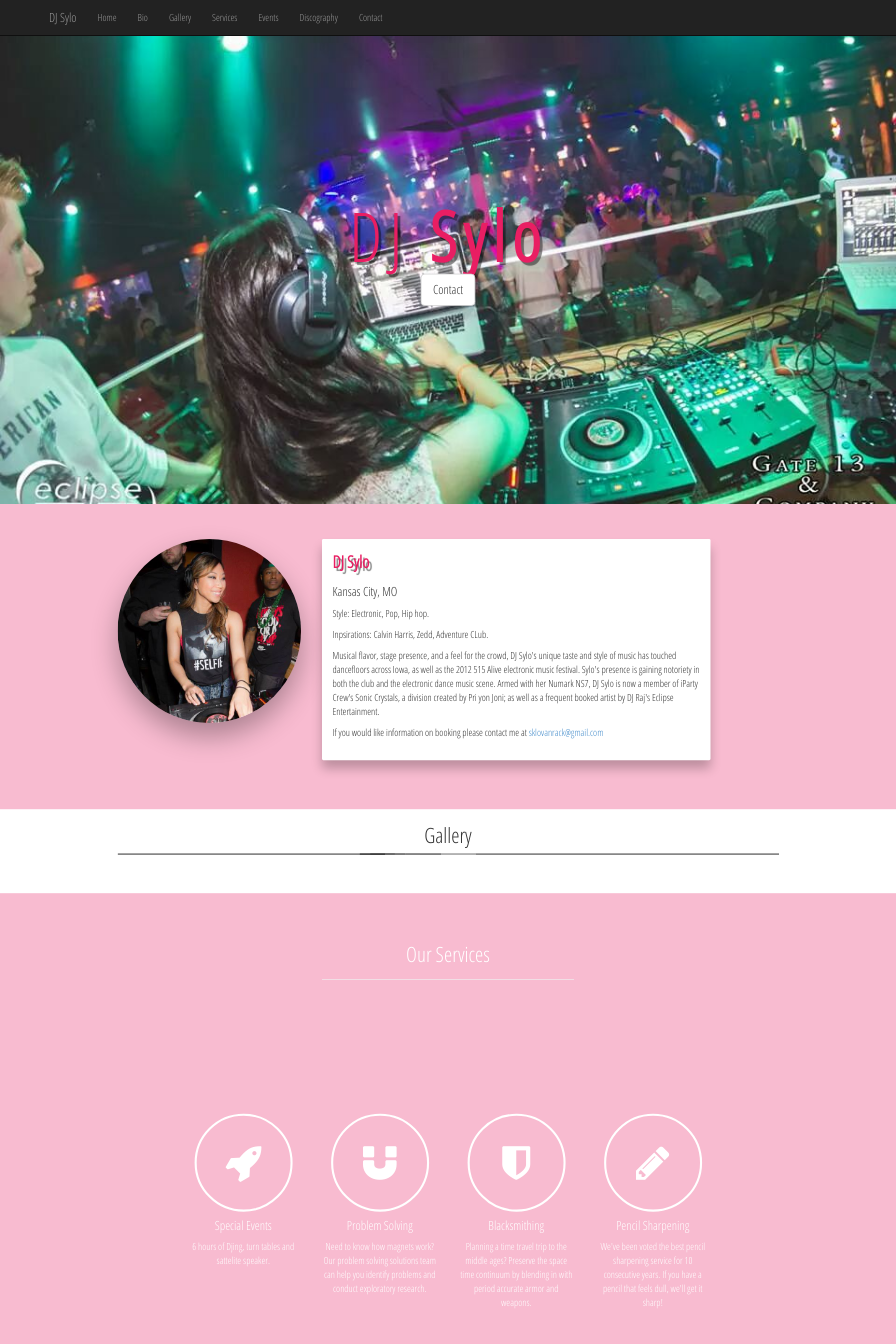
Repository: BambooXLotus/DjSylo
Page: client/index.html
The author's editor kept a record of every edit. The page is drawn from the files as they stood at one moment, then again after the next edit.
The browser window is 1280 px wide. The pictures show the part of the page from y = 0 to 1920 px (the page is 4340 px tall), at 70% of full size.
Pictures or frames that could not be fetched are drawn as grey boxes. Some icons come from a web library that is not loaded, so they are not drawn. Backgrounds fixed to the window are drawn as part of the page. Some web libraries are served in a nearby version.

Above is the page before.

### client/index.html
<!DOCTYPE html>
<html lang="en">

<head>
    <meta charset="utf-8">
    <meta name="viewport" content="width=device-width, initial-scale=1.0">
    <meta name="description" content="">
    <meta name="author" content="">
    <title>DJ Sylo</title>
    <!-- Bootstrap core CSS
        -->
    <link href="css/bootstrap.css" rel="stylesheet">
    <!-- Add custom CSS here -->
    <link href="css/stylish-portfolio.css" rel="stylesheet">
    <link href="//maxcdn.bootstrapcdn.com/font-awesome/4.1.0/css/font-awesome.min.css" rel="stylesheet">
    <link href="css/nanogallery.min.css" rel="stylesheet" type="text/css">
</head>

<body>
    <!-- Side Menu -->
    <nav class="navbar navbar-fixed-top navbar-inverse" role="navigation">
        <div class="container">
            <div class="navbar-header">
                <button type="button" class="navbar-toggle" data-toggle="collapse" data-target=".navbar-ex1-collapse">
                    <span class="sr-only">Toggle navigation</span>
                    <span class="icon-bar"></span>
                    <span class="icon-bar"></span>
                    <span class="icon-bar"></span>
                </button>
                <a class="navbar-brand" href="#top">DJ Sylo</a>
            </div>
            <!-- Collect the nav links, forms, and other content for toggling -->
            <div class="collapse navbar-collapse navbar-ex1-collapse">
                <ul class="nav navbar-nav">
                    <li>
                        <a href="#top">Home</a>
                    </li>
                    <li>
                        <a href="#about">Bio</a>
                    </li>
                    <li>
                        <a href="#gallery">Gallery</a>
                    </li>
                    <li>
                        <a href="#services">Services</a>
                    </li>
                    <li>
                        <a href="#portfolio">Events</a>
                    </li>
                    <li>
                        <a href="#portfolio">Discography</a>
                    </li>
                    <li>
                        <a href="#contact">Contact</a>
                    </li>
                </ul>
            </div>
            <!-- /.navbar-collapse -->
        </div>
        <!-- /.container -->
    </nav>
    <!-- /Side Menu -->
    <!-- Full Page Image Header Area -->
    <div id="top" class="header">
        <div class="vert-text">
            <div class="hero">
                <h1>DJ <b>Sylo</b></h1>
                <a href="#contact" class="btn btn-lg btn-default">Contact</a>
            </div>
        </div>
    </div>
    <!-- /Full Page Image Header Area -->
    <!-- Intro -->
    <div id="about" class="about">
        <div class="container">
            <div class="row">
                <div class="col-md-3 col-md-offset-1">
                    <img class="img-circle img-responsive circle-shadow" src="img/portrait-sm.jpg">
                </div>
                <div class="col-md-6 col-xs-12">
                    <div class="panel panel-default dialog">
                        <div class="panel-heading">
                            <h3>DJ Sylo</h3>
                        </div>
                        <div class="panel-body">
                            <h4>Kansas City, MO</h4>
                            <p>Style: Electronic, Pop, Hip hop.</p>
                            <p>Inpsirations: Calvin Harris, Zedd, Adventure CLub.</p>
                            <p>Musical flavor, stage presence, and a feel for the crowd, DJ Sylo's unique taste and style of music has touched dancefloors across Iowa, as well as the 2012 515 Alive electronic music festival. Sylo's presence is gaining notoriety
                                in both the club and the electronic dance music scene. Armed with her Numark NS7, DJ Sylo is now a member of iParty Crew's Sonic Crystals, a division created by Pri yon Joni; as well as a frequent booked artist by DJ Raj's
                                Eclipse Entertainment.</p>
                            <p>If you would like information on booking please contact me at <a href="sklovanrack@gmail.com">sklovanrack@gmail.com</a>
                            </p>
                        </div>
                    </div>
                </div>
            </div>
        </div>
    </div>
    <!-- /Intro -->
    <!-- Gallery -->
    <div id="gallery" class="gallery">
        <div class="container">
            <div class="row">
                <div class="col-md-6 col-md-offset-3 text-center">
                    <h2>Gallery</h2>
                </div>
            </div>
            <div class="row">
                <div class="col-md-10 col-md-offset-1 col-xs-12 text-center">
                    <div id="nanoGallery2"></div>
                </div>
            </div>
        </div>
    </div>
    <!-- /Gallery -->
    <!-- Services -->
    <div id="services" class="services">
        <div class="container">
            <div class="row">
                <div class="col-md-4 col-md-offset-4 text-center">
                    <h2>Our Services</h2>
                    <hr>
                </div>
            </div>
            <div class="row">
                <div class="col-md-offset-3 col-md-6">
                    <iframe width="100%" height="166" scrolling="no" frameborder="no" src="https://w.soundcloud.com/player/?url=https%3A//api.soundcloud.com/tracks/160960689&amp;color=ff5500&amp;auto_play=false&amp;hide_related=false&amp;show_comments=true&amp;show_user=true&amp;show_reposts=false"></iframe>
                </div>
            </div>
            <div class="row">
                <div class="col-md-2 col-md-offset-2 text-center">
                    <div class="service-item">
                        <i class="service-icon fa fa-rocket"></i>
                        <h4>Special Events</h4>
                        <p>6 hours of Djing, turn tables and sattelite speaker.</p>
                    </div>
                </div>
                <div class="col-md-2 text-center">
                    <div class="service-item">
                        <i class="service-icon fa fa-magnet"></i>
                        <h4>Problem Solving</h4>
                        <p>Need to know how magnets work? Our problem solving solutions team can help you identify problems and conduct exploratory research.</p>
                    </div>
                </div>
                <div class="col-md-2 text-center">
                    <div class="service-item">
                        <i class="service-icon fa fa-shield"></i>
                        <h4>Blacksmithing</h4>
                        <p>Planning a time travel trip to the middle ages? Preserve the space time continuum by blending in with period accurate armor and weapons.</p>
                    </div>
                </div>
                <div class="col-md-2 text-center">
                    <div class="service-item">
                        <i class="service-icon fa fa-pencil"></i>
                        <h4>Pencil Sharpening</h4>
                        <p>We've been voted the best pencil sharpening service for 10 consecutive years. If you have a pencil that feels dull, we'll get it sharp!</p>
                    </div>
                </div>
            </div>
        </div>
    </div>
    <!-- /Services -->
    <!-- Callout -->
    <div class="callout">
        <div class="vert-text">
            <h1>DJ Sylo</h1>
        </div>
    </div>
    <!-- /Callout -->
    <!-- Portfolio -->
    <div id="portfolio" class="portfolio">
        <div class="container">
            <div class="row">
                <div class="col-md-4 col-md-offset-4 text-center">
                    <h2>Events</h2>
                    <hr>
                </div>
            </div>
            <div class="row">
                <div class="col-md-5 col-md-offset-1">
                    <div class="panel card fixed-card">
                        <div class="card-heading">
                            <h3 class="panel-title">Jokers</h3>
                            <h4 class="panel-title stickyBottom">Des Moines - Iowa</h4>
                            <img class="img-portfolio img-responsive" src="img/one-1.jpg">
                        </div>
                        <div class="panel-body">
                            <h4>November 26th Wednesday</h4>
                            <h5>Free drinks on Kit</h5>
                        </div>
                    </div>
                </div>
                <div class="col-md-5">
                    <div class="panel card fixed-card">
                        <div class="card-heading">
                            <h3 class="panel-title">Jokers</h3>
                            <h4 class="panel-title stickyBottom">Cedarfalls - Iowa</h4>
                            <img class="img-portfolio img-responsive" src="img/portfolio-2.jpg">
                        </div>
                        <div class="panel-body">
                            <h4>Dec 26th Wednesday</h4>
                            <h5>Cats Named Remmy Drink Free</h5>
                        </div>
                    </div>
                </div>
            </div>
            <div class="row">
                <div class="col-md-5 col-md-offset-1">
                    <div class="panel card fixed-card">
                        <div class="card-heading">
                            <h3 class="panel-title">Cafe Mood</h3>
                            <h4 class="panel-title stickyBottom">Ames - Iowa</h4>
                            <img class="img-portfolio img-responsive" src="img/portfolio-3.jpg">
                        </div>
                        <div class="panel-body">
                            <h4>Dec 26th Wednesday</h4>
                        </div>
                    </div>
                </div>
                <div class="col-md-5">
                    <div class="panel card fixed-card">
                        <div class="card-heading">
                            <h3 class="panel-title">Hotel</h3>
                            <h4 class="panel-title stickyBottom">Kansas City - Missouri</h4>
                            <img class="img-portfolio img-responsive" src="img/portfolio-4.jpg">
                        </div>
                        <div class="panel-body">
                            <h4>Dec 26th Wednesday</h4>
                            <h5>Located in the Power and Light district.</h5>
                        </div>
                    </div>
                </div>
            </div>
        </div>
    </div>
    <!-- /Portfolio -->
    <!-- Call to Action -->
    <div class="call-to-action">
        <div class="container">
            <div class="row">
                <div class="col-md-6 col-md-offset-3 text-center">
                    <h3>Place Holder.</h3>
                    <a href="#" class="btn btn-lg btn-default">Click Me!</a>
                    <a href="#" class="btn btn-lg btn-primary">Look at Me!</a>
                </div>
            </div>
        </div>
    </div>
    <!-- /Call to Action -->
    <!-- Map -->
    <div id="contact">
        <div class="container">
            <div class="row">
                <div class="col-md-6 col-md-offset-3">
                    <h3>Contact</h3>
                    <hr>
                    <address>
                            <strong>Email:</strong>
                            <a href="mailto:#">sklovanrack@gmail.com</a>
                            <br>
                            <br>
                            <strong>Phone:</strong>(515) 329-2323</address>
                </div>
            </div>
            <div>
                <div class="col-md-6 col-md-offset-3 contact-form">
                    <form id="contact" method="post" class="form" role="form">
                        <div class="row">
                            <div class="col-xs-6 col-md-6 form-group">
                                <input class="form-control" id="name" name="name" placeholder="Name" type="text" />
                            </div>
                            <div class="col-xs-6 col-md-6 form-group">
                                <input class="form-control" id="email" name="email" placeholder="Email" type="email" required />
                            </div>
                        </div>
                        <textarea class="form-control" id="message" name="message" placeholder="Message" rows="5"></textarea>
                        <br />
                        <div class="row">
                            <div class="col-xs-12 col-md-12 form-group">
                                <button class="btn btn-primary pull-right" type="submit">Submit</button>
                            </div>
                        </div>
                    </form>
                </div>
            </div>
        </div>
    </div>
    <!-- /Map -->
    <!-- Footer -->
    <footer>
        <div class="container">
            <div class="row">
                <div class="col-md-6 col-md-offset-3 text-center">
                    <ul class="list-inline">
                        <li>
                            <a class="fa fa-facebook fa-3x" href="https://www.facebook.com/DJSyloSonicCrystals"></a>
                        </li>
                        <li>
                            <i class="fa fa-twitter fa-3x"></i>
                        </li>
                        <li>
                            <i class="fa fa-instagram fa-3x"></i>
                        </li>
                        <li>
                            <a class="fa fa-soundcloud fa-3x" href="https://soundcloud.com/bambooproduction/sets"></a>
                        </li>
                    </ul>
                    <div class="top-scroll">
                        <a href="#top"><i class="fa fa-circle-arrow-up scroll fa-4x"></i></a>
                    </div>
                    <hr>
                    <p>Copyright &copy; Bamboo Lotus 2014</p>
                </div>
            </div>
        </div>
    </footer>
    <!-- /Footer -->
    <!-- JavaScript -->
    <script src="js/jquery-1.10.2.js"></script>
    <script src="js/bootstrap.js"></script>

    <!-- nanoGALLERY plugin files -->
    <script type="text/javascript" src="js/jquery.nanogallery.min.js"></script>
    <!-- Custom JavaScript for the Side Menu and Smooth Scrolling
        -->
    <script>
        $("#menu-close").click(function(e) {
            e.preventDefault();
            $("#sidebar-wrapper").toggleClass("active");
        });
    </script>
    <script>
        $("#menu-toggle").click(function(e) {
            e.preventDefault();
            $("#sidebar-wrapper").toggleClass("active");
        });
    </script>
    <script>
        $(function() {
            $('a[href*=#]:not([href=#])').click(function() {
                if (location.pathname.replace(/^\//, '') == this.pathname.replace(/^\//, '') || location.hostname == this.hostname) {

                    var target = $(this.hash);
                    target = target.length ? target : $('[name=' + this.hash.slice(1) + ']');
                    if (target.length) {
                        $('html,body').animate({
                            scrollTop: target.offset().top
                        }, 1000);
                        return false;
                    }
                }
            });

            $("#nanoGallery2").nanoGallery({
                thumbnailWidth: 'auto',
                thumbnailHeight: 200,
                userID: 'derensomsanith@gmail.com',
                kind: 'picasa',
                album: '6020738059883313137',
                colorSchemeViewer: 'light',
                thumbnailHoverEffect: [{
                    name: 'labelAppear75',
                    duration: 300
                }],
                thumbnailGutterWidth: 1,
                thumbnailGutterHeight: 1,
                i18n: {
                    thumbnailImageDescription: 'View Photo',
                    thumbnailAlbumDescription: 'Open Album'
                },
                thumbnailLabel: {
                    display: true,
                    position: 'overImageOnMiddle',
                    align: 'center'
                },
                photoSorting: 'random',
                lazyBuild: 'none',
                lazyBuildTreshold: 300
            });
        });

        (function(i, s, o, g, r, a, m) {
            i['GoogleAnalyticsObject'] = r;
            i[r] = i[r] || function() {
                (i[r].q = i[r].q || []).push(arguments)
            }, i[r].l = 1 * new Date();
            a = s.createElement(o),
                m = s.getElementsByTagName(o)[0];
            a.async = 1;
            a.src = g;
            m.parentNode.insertBefore(a, m)
        })(window, document, 'script', '//www.google-analytics.com/analytics.js', 'ga');

        ga('create', 'UA-56532059-1', 'auto');
        ga('send', 'pageview');
    </script>
</body>

</html>

### client/css/stylish-portfolio.css
/* Global Styles */
@import url(http://fonts.googleapis.com/css?family=Open+Sans+Condensed:300);

html,
body {
  height: 100%;
  width: 100%;
  font-family: 'Open Sans Condensed', sans-serif;
}
h1 {
  color: #e91e63;
  text-shadow: 4px 4px 1px rgba(0, 0, 0, 0.45);
}
h3 {
  color: #e91e63;
  text-shadow: 4px 4px 1px rgba(0, 0, 0, 0.45);
  font-weight: bold;
}
.vert-text {
  display: table-cell;
  vertical-align: middle;
  text-align: center;
}
.vert-text h1 {
  padding: 0;
  margin: 0;
  font-size: 4.5em;
  font-weight: 300;
  letter-spacing: .1em;
  font-size: 7em;
}
/* Side Menu */

#sidebar-wrapper {
  margin-right: -250px;
  right: 0;
  width: 250px;
  background: #000;
  position: fixed;
  height: 100%;
  overflow-y: auto;
  z-index: 1000;
  -webkit-transition: all 0.4s ease 0s;
  -moz-transition: all 0.4s ease 0s;
  -ms-transition: all 0.4s ease 0s;
  -o-transition: all 0.4s ease 0s;
  transition: all 0.4s ease 0s;
}
.sidebar-nav {
  position: absolute;
  top: 0;
  width: 250px;
  list-style: none;
  margin: 0;
  padding: 0;
}
.sidebar-nav li {
  line-height: 40px;
  text-indent: 20px;
}
.sidebar-nav li a {
  color: #999999;
  display: block;
  text-decoration: none;
}
.sidebar-nav li a:hover {
  color: #fff;
  background: rgba(255, 255, 255, 0.2);
  text-decoration: none;
}
.sidebar-nav li a:active,
.sidebar-nav li a:focus {
  text-decoration: none;
}
.sidebar-nav > .sidebar-brand {
  height: 55px;
  line-height: 55px;
  font-size: 18px;
}
.sidebar-nav > .sidebar-brand a {
  color: #999999;
}
.sidebar-nav > .sidebar-brand a:hover {
  color: #fff;
  background: none;
}
#menu-toggle {
  top: 0;
  right: 0;
  position: fixed;
  z-index: 1;
}
#sidebar-wrapper.active {
  right: 250px;
  width: 250px;
  -webkit-transition: all 0.4s ease 0s;
  -moz-transition: all 0.4s ease 0s;
  -ms-transition: all 0.4s ease 0s;
  -o-transition: all 0.4s ease 0s;
  transition: all 0.4s ease 0s;
}
.toggle {
  margin: 5px 5px 0 0;
}
/* Full Page Image Header Area */

.header {
  display: table;
  height: 100%;
  width: 100%;
  position: relative;
  background: url(../img/DJSyloJumbotron.jpeg) no-repeat center center fixed;
  -webkit-background-size: cover;
  -moz-background-size: cover;
  -o-background-size: cover;
  background-size: cover;
}
/* Intro */

.intro {
  padding: 50px 0;
}
/* About */

.about {
  background: #f8bbd0;
  padding: 50px 0;
}
/* Services */

.services {
  background: #f8bbd0;
  padding: 50px 0;
  color: #ffffff;
}
.service-item {
  margin-bottom: 15px;
}
i.service-icon {
  border: 3px solid #ffffff;
  border-radius: 50%;
  display: inline-block;
  font-size: 56px;
  width: 140px;
  height: 140px;
  line-height: 136px;
  vertical-align: middle;
  text-align: center;
}
/* Callout */

.callout {
  color: #ffffff;
  display: table;
  height: 400px;
  width: 100%;
  background: url(../img/callout_DJSylo.jpeg) no-repeat center center fixed;
  -webkit-background-size: cover;
  -moz-background-size: cover;
  -o-background-size: cover;
  background-size: cover;
}
/* Portfolio */

.portfolio {
  padding: 50px 0;
}
.portfolio-item {
  margin-bottom: 25px;
}
.img-portfolio {
  margin: 0 auto;
}
/* Call to Action */

.call-to-action {
  color: #ffffff;
  background: #ec407a;
  padding: 50px 0;
}
.call-to-action .btn {
  margin: 10px;
}
/* Map */

.map {
  height: 500px;
}
/* Footer */

footer {
  padding: 100px 0;
}
.top-scroll {
  margin-top: 50px;
}
.top-scroll a {
  text-decoration: none;
  color: inherit;
}
i.scroll {
  color: #333333;
}
i.scroll:hover {
  color: #0a5175;
}
/* Responsive */

@media (max-width: 768px) {
  .header {
    background: url(../img/DJSyloJumbotron.jpeg) no-repeat center center scroll;
  }
  .callout {
    background: url(../img/callout_DJSylo.jpeg) no-repeat center center scroll;
  }
  .map {
    height: 75%;
  }
}
html,
body {
  height: 100%;
}
.carousel,
.item,
.active {
  height: 100%;
}
.carousel-inner {
  height: 100%;
}
.fill {
  width: 100%;
  height: 100%;
  background-position: center;
  background-size: cover;
}
/* faster sliding speed */

.carousel-inner > .item {
  -webkit-transition: 0.3s ease-in-out left;
  -moz-transition: 0.3s ease-in-out left;
  -o-transition: 0.3s ease-in-out left;
  transition: 0.3s ease-in-out left;
}
/* keep full widget on smaller screens */

@media (max-width: 767px) {
  body {
    padding-left: 0;
    padding-right: 0;
  }
}
#galleryContainer {
  background: #DDD;
  max-width: 1000px;
  max-height: 500px;
}
.item img {
  width: 50%;
}
.item.w2 {
  width: 25%;
}

.circle-shadow{
      box-shadow: 0 19px 38px rgba(0,0,0,0.30);
}

    /* Card, Dialog */
    .card, .dialog {
      border-radius: 2px;
      border: 0px;
      position: relative;
      display: inline-block;
      vertical-align: top;
      background-color: #fff;
      box-shadow: 0 12px 15px 0 rgba(0, 0, 0, 0.24);
    }

    .fixed-card{
      max-width: 400px;
      max-height: 400px;
    }

    .panel:hover .panel-title {
    background: #e91e63;
}

    .panel-title {
    position: absolute;
    background: rgba(34, 34, 34, 0.6);
    color: White;
    padding: 5px;
    z-index: 3;
    -webkit-transition: all .6s ease-in-out;
    -moz-transition: all .6s ease-in-out;
    -o-transition: all .6s ease-in-out;
    -ms-transition: all .6s ease-in-out;
    transition: all .6s ease-in-out;
}

.panel-default > .panel-heading {
    border-radius: 0;
    background: transparent;
    border: 0px;
}

.panel-heading{
    padding:0px  15px;
}

.panel-body{
    padding:0px 15px;
    padding-bottom: 20px;
}

.card-heading {
    border-radius: 0;
    background: transparent;
    overflow: hidden;
    padding: 0px;
    border-bottom: 0px;
}

.stickyBottom {
    position: absolute;
    bottom: 0;
    left: 0;
}

Loaded but not shown: client/css/bootstrap.css (library); client/css/nanogallery.min.css (library); client/js/jquery-1.10.2.js (library); client/js/bootstrap.js (library); client/js/jquery.nanogallery.min.js (library)

After the next edit:
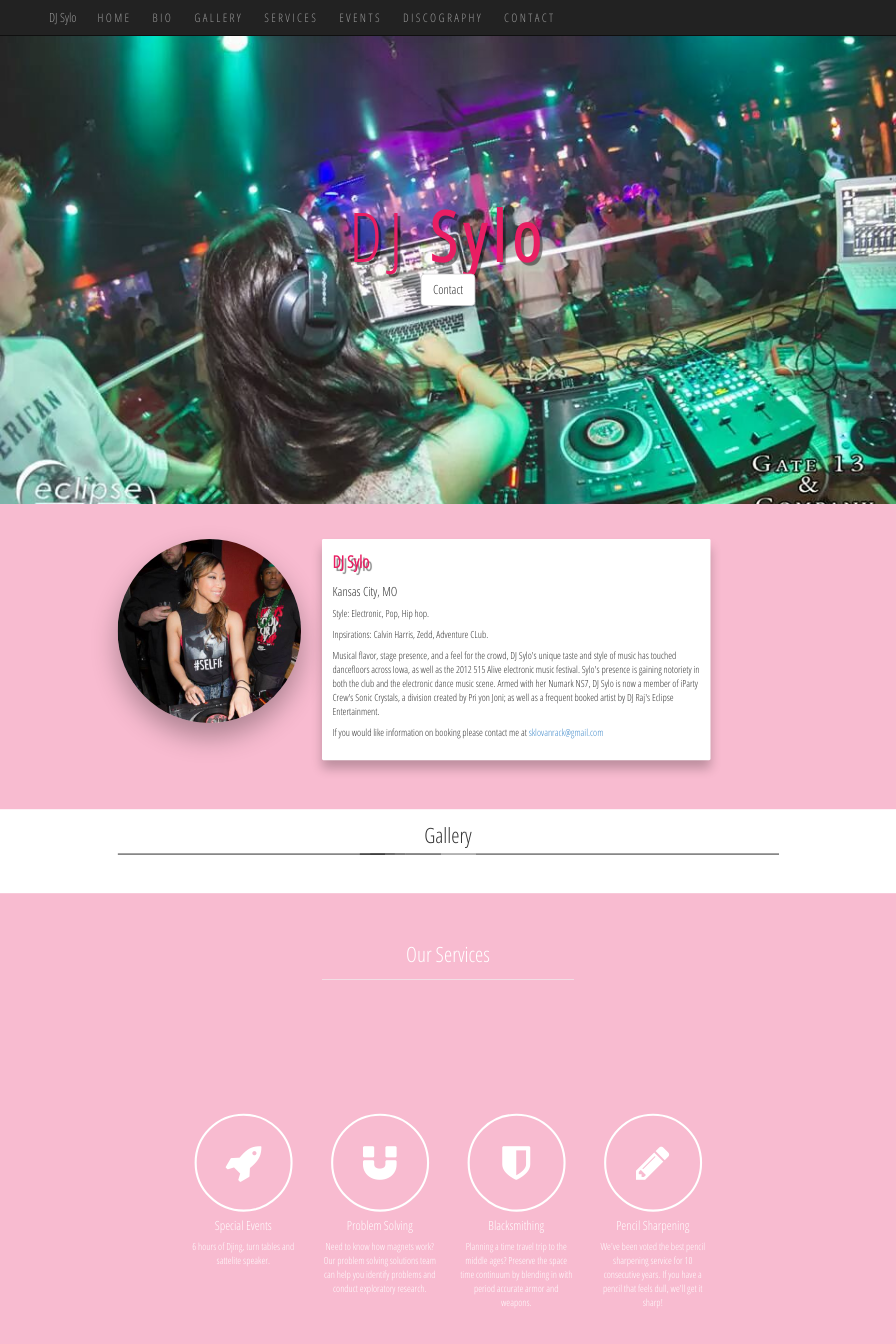
The edit:
--- a/client/css/stylish-portfolio.css
+++ b/client/css/stylish-portfolio.css
@@ -30,6 +30,14 @@
   font-size: 7em;
 }
 /* Side Menu */
+
+.nav{
+    text-transform: uppercase;
+    letter-spacing: .2em;
+    font-size: 1.2em;
+    font-weight: 400;
+}
+
 
 #sidebar-wrapper {
   margin-right: -250px;
